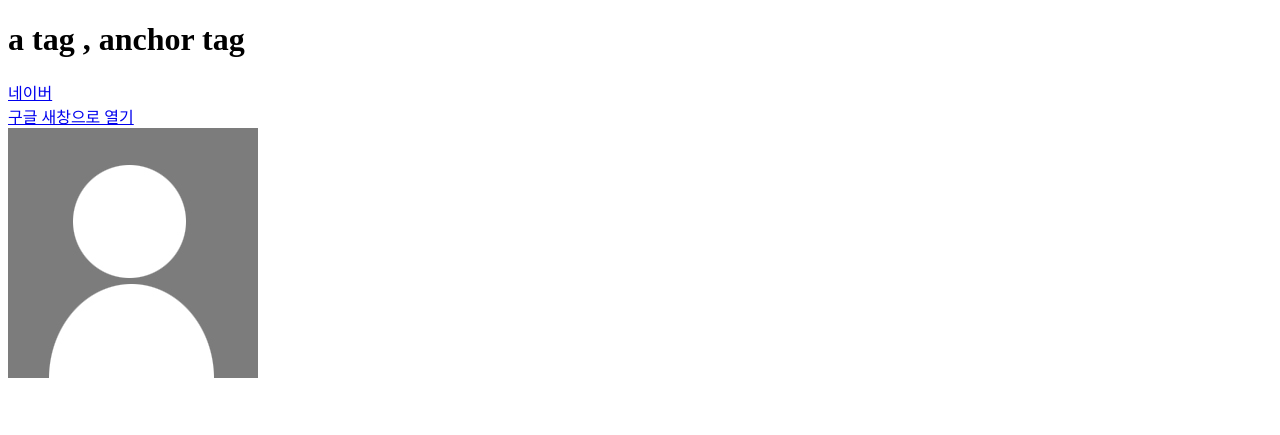
Repository: jihoonys82/weblec
Page: Front/WebContent/Ex01_HTML_tag/tagEx_04.html
An editor plug-in stored every save of this project. The page is shown before and after the next save, followed by the edit.
The browser window is 1280 px wide. The pictures show the whole page.

Above is the page before, as saved 2018-07-23 11:00:53.

After the next save:
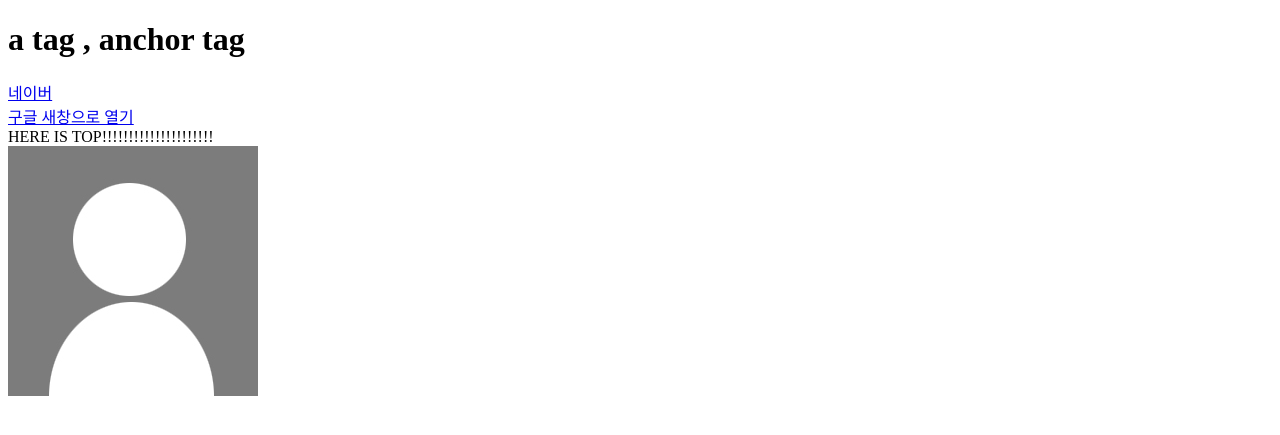
Saved 57 s later.
--- a/Front/WebContent/Ex01_HTML_tag/tagEx_04.html
+++ b/Front/WebContent/Ex01_HTML_tag/tagEx_04.html
@@ -12,8 +12,10 @@
 	<a href="http://www.naver.com">네이버</a><br>
 	<a href="http://www.google.com" target='_blank' >구글 새창으로 열기</a><br>
 
+	<div id="top">HERE IS TOP!!!!!!!!!!!!!!!!!!!!!</div>
+
 	<!-- img, image tag, show images on web page -->
-	<a href="http://www.naver.com">
+	<a href="http://www.daum.net">
 		<img src='./no-avatar.jpg' width='250px' height='250px' title='no avatar' alt='blank image'>
 	</a>
 	<!--
